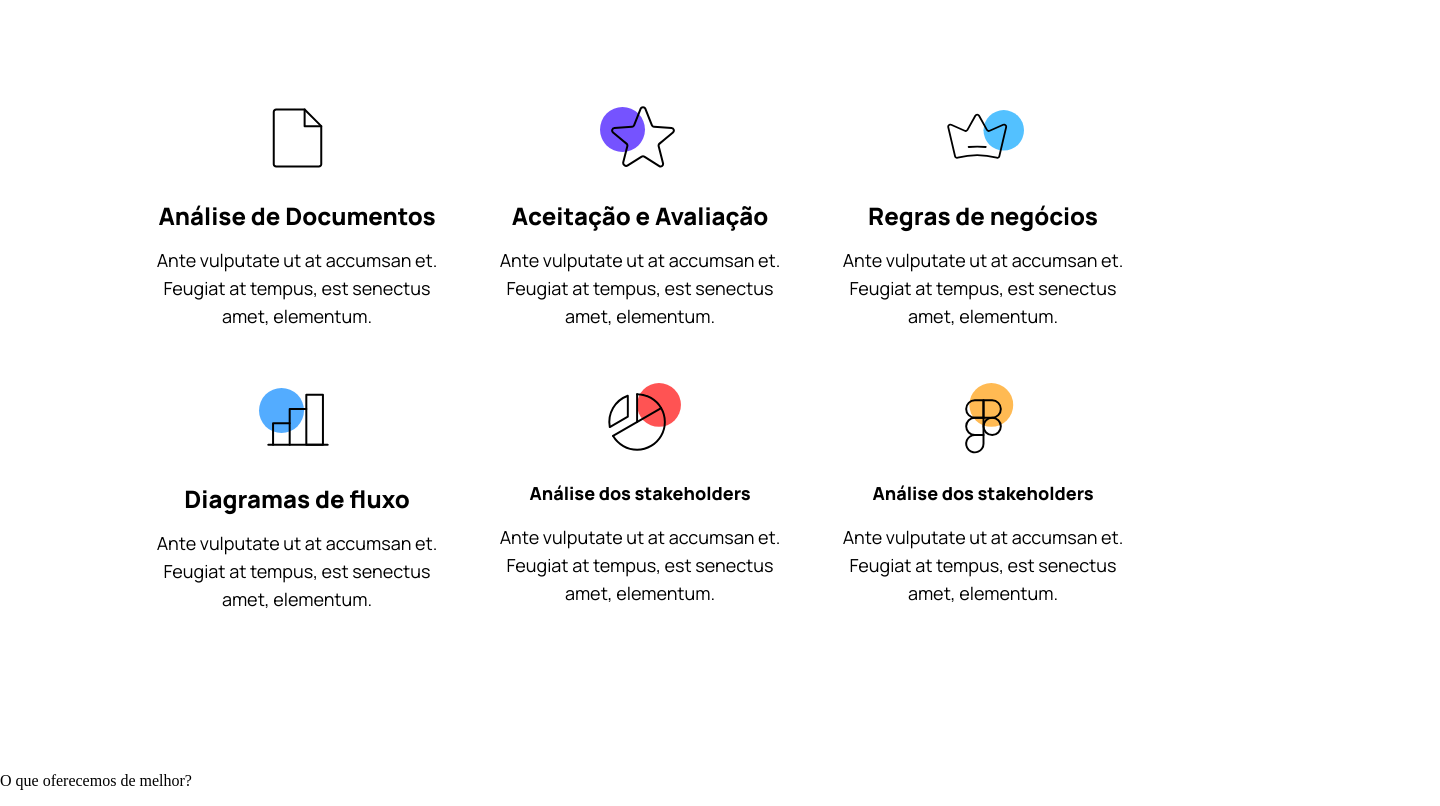
Repository: kleber-goncalves/Landing-Page-Gestao-de-projetos-dnc
Page: index.html
An editor plug-in stored every save of this project. The page is shown before and after a run of saves, followed by the edit.
The browser window is 1280 px wide. The page is 1440 px wide, so the pictures cover 1440 px, including what lies to the right of the window. The pictures show the part of the page from y = 1130 to 1970 px (the page is 1936 px tall before and 1970 px after).

Above is the page before, as saved 2025-01-05 01:22:00.

### index.html
<!DOCTYPE html>
<html lang="pt-br">
<head>
    <meta charset="UTF-8">
    <meta name="viewport" content="width=device-width, initial-scale=1.0">
    <link rel="stylesheet" href="style.css">
    <link rel="preconnect" href="https://fonts.googleapis.com">
    <link rel="preconnect" href="https://fonts.gstatic.com" crossorigin>
    <link href="https://fonts.googleapis.com/css2?family=Manrope:wght@200..800&display=swap" rel="stylesheet">
    <title>Document</title>
</head>
<body>
    <main>
        <section id="topo" >
            <div id="elemnt-topo">
                <h1>Transformando em produtos digitais</h1>
                <p>Para que nossos clientes mantenham altos níveis de qualidade, oferecemos serviços de gestão de projetos e análise de negócios com nossa equipe especializada em diversos setores.</p>
            </div>
        </section>
        <section id="meio">
            <div id="txts-meio" >

                <h2>Qualidade e Processos</h2>
                <p>
                    Para que nossos clientes mantenham altos níveis de qualidade, oferecemos serviços de Gestão de Projetos, Análise de Negócios e Gestão de Testes com nossa equipe especializada e com experiência em diversos setores.
                </p>

            </div>
            <div id="icons-pai-meio" >
                <div class="card-icons" id="icons-documento">
                    <img class="img-icons" src="/img/icons-meio.img/document.svg" alt="document.svg">
                    <p class="txt-icons">Análise de Documentos</p>
                    <p class="sub-icons">Ante vulputate ut at accumsan et. Feugiat at tempus, est senectus amet, elementum.</p>
                </div>
                <div class="card-icons" id="icons-estrela">
                    <img class="img-icons" src="/img/icons-meio.img/estrela.svg" alt="estrela.svg">
                    <p class="txt-icons">Aceitação e Avaliação</p>
                    <p class="sub-icons">Ante vulputate ut at accumsan et. Feugiat at tempus, est senectus amet, elementum.</p>
                </div>
                <div class="card-icons" id="icons-coroa">
                    <img class="img-icons" src="/img/icons-meio.img/coroa.svg" alt="coroa.svg">
                    <p class="txt-icons">Regras de negócios</p>
                    <p class="sub-icons">Ante vulputate ut at accumsan et. Feugiat at tempus, est senectus amet, elementum.</p>
                </div>
                <div class="card-icons" id="icons-fluxos">
                    <img class="img-icons" src="/img/icons-meio.img/fluxo.svg" alt="fluxo.svg">
                    <p class="txt-icons">Diagramas de fluxo</p>
                    <p class="sub-icons">Ante vulputate ut at accumsan et. Feugiat at tempus, est senectus amet, elementum.</p>
                </div>
                <div class="card-icons" id="icons-bola">
                    <img class="img-icons" src="/img/icons-meio.img/bola.svg" alt="bola.svg">
                    <p class="txt-icons" id="p">Análise dos stakeholders</p>
                    <p class="sub-icons">Ante vulputate ut at accumsan et. Feugiat at tempus, est senectus amet, elementum.</p>
                </div>
                <div class="card-icons" id="icons-figma">
                    <img class="img-icons" src="/img/icons-meio.img/figma.svg" alt="figma.svg">
                    <p class="txt-icons" id="p">Análise dos stakeholders</p>
                    <p class="sub-icons">Ante vulputate ut at accumsan et. Feugiat at tempus, est senectus amet, elementum.</p>
                </div>
            </div>
        </section>

        <section id="meio-2">
            <div id="elemt-meio-2">
                <p id="txt-meio-2">
                    O que oferecemos de melhor?
                </p>
            </div>
        </section>
    </main>
</body>
</html>

### style.css
body {
    margin: 0;
    font-size: 16px;
    box-sizing: border-box;
}





#topo {
    width:  1440px;
    height:  754px;
    background-image: url(/img/topo-fundo.svg);
    background-size: cover;
    background-repeat: no-repeat;
    display:flex ;
    flex-direction: column;
    justify-items: flex-start;
}

#topo > #elemnt-topo {
    margin-left: 121px;
    margin-top: 236px;
}

#elemnt-topo > h1 {
    width: 665px;
    height: 164px;
    font-family: "Manrope", serif;
    font-size: 64px;
    font-weight: 800;
    color: black;
}

#elemnt-topo > p {
    font-family: "Manrope", serif;
    width:  650px;
    height: 99px;
    font-family: Manrope;
    font-size: 20px;
    font-weight: 400;
}






#meio{
    display: flex;
    flex-direction: column;
    gap: 91px;
    margin-top: 120px;
    margin-left: 143px;
    margin-bottom: 141px;
    margin-right: 143px;
}



#txts-meio {
    display: flex;
    flex-direction: column;
    align-items: center;
}

#txts-meio > h2 {
    width: 428px;
    height: 56px;
    color: black;
    font-family: "Manrope", serif;
    font-size: 36px;
    font-weight: 800;
    line-height: 49.18px;
}


#txts-meio > p {
    width:  994px;
    height:  109px;
    color: black;
    font-family: "Manrope", serif;
    font-size: 20px;
    font-weight: 400;
    line-height: 39.5px;
    text-align: center;
}




#icons-pai-meio {
    display: grid;
    grid-template-columns: repeat(3, 1fr);
    gap: 35px;
}

.card-icons {
    display: flex;
    flex-direction: column;
    align-items: center;
}

.img-icons {
    width: 81px;
    height: 76px;
}


.txt-icons {
    width:  284px;
    height:  31px;
    font-family: "Manrope", serif;
    font-size: 24px;
    font-weight: 800;
    line-height: 32.78px;
    text-align: center;
    margin-bottom: 10px;
}

.sub-icons {
    width:  298px;
    height:  84px;
    font-family: "Manrope", serif;
    font-size: 18px;
    font-weight: 400;
    line-height: 28px;
    text-align: center;
    margin-top: 5px;
}

#icons-bola > #p, #icons-figma > #p {
    font-size: 18px;
}

After the next 4 saves:
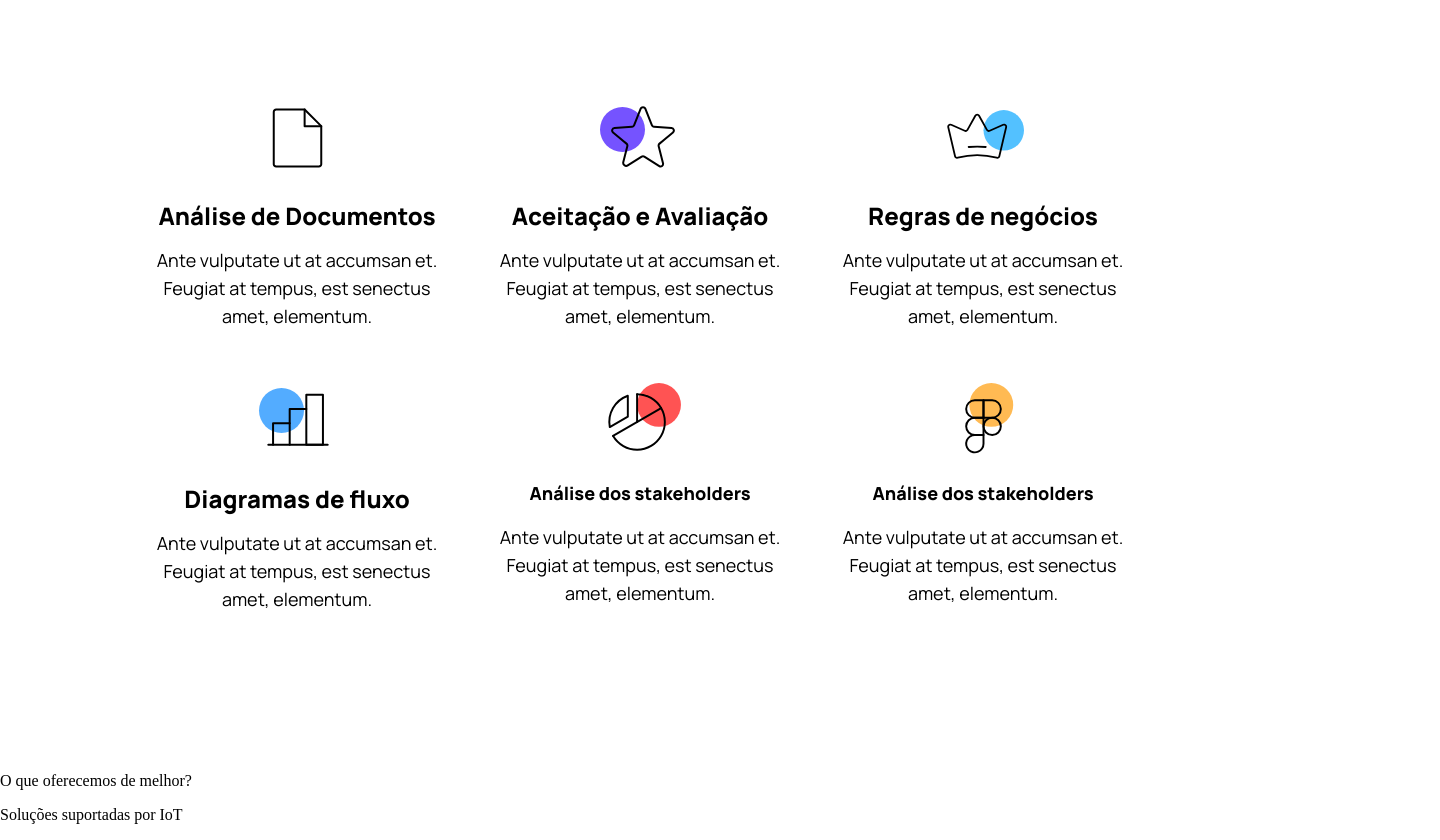
The 4 saves are shown as one change because they came seconds apart.
The last was saved 36 s later.
--- a/index.html
+++ b/index.html
@@ -65,6 +65,9 @@
                 <p id="txt-meio-2">
                     O que oferecemos de melhor?
                 </p>
+                <p>
+                    Soluções suportadas por IoT
+                </p>
             </div>
         </section>
     </main>
